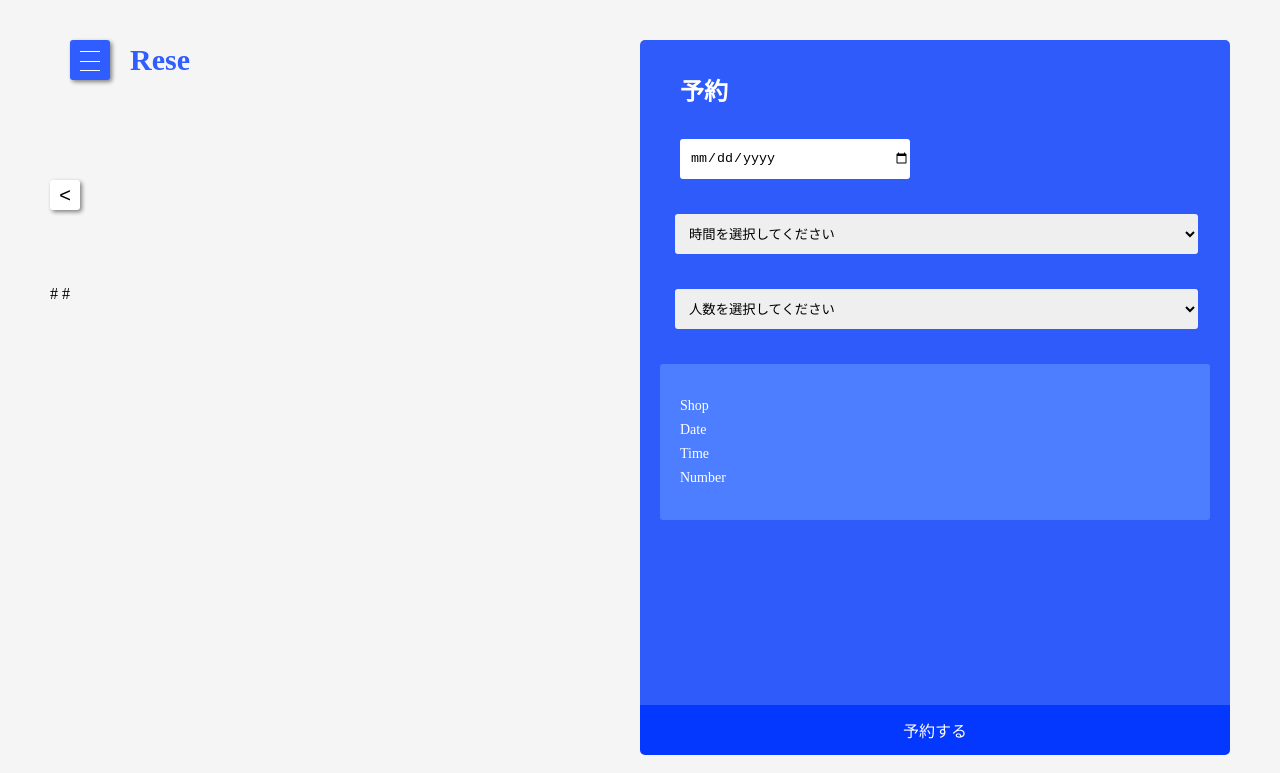
Repository: Haruka-Wada/Rese
Page: src/resources/views/shop_detail.blade.php
The author's editor kept a copy of each file at every save. The page is drawn from the files as they stood at one save, then again after the next save.
The browser window is 1280 px wide. The pictures show the whole page.
The page is served by the project's Laravel application, run on PHP 8.4 with Laravel 8. The template is opened directly, without the code that normally fills it, so the values that code supplies are empty.

Above is the page before, as saved 2024-11-19 15:21:55.

After the next save:
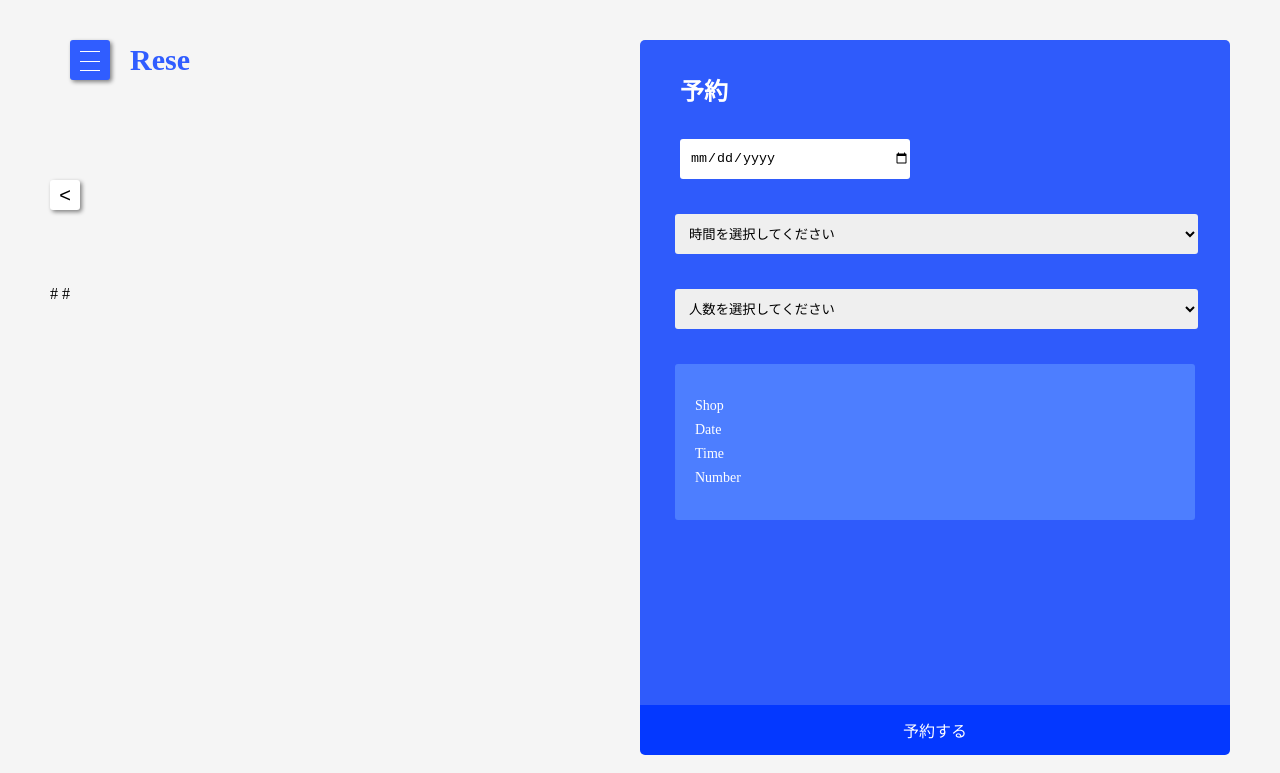
Saved 7 s later.
--- a/src/public/css/shop_detail.css
+++ b/src/public/css/shop_detail.css
@@ -99,7 +99,7 @@
     background-color: #4D7EFF;
     border-radius: 3px;
     color: white;
-    margin: ;
+    margin: 0 15px;
     padding: 30px 20px;
 }
 
